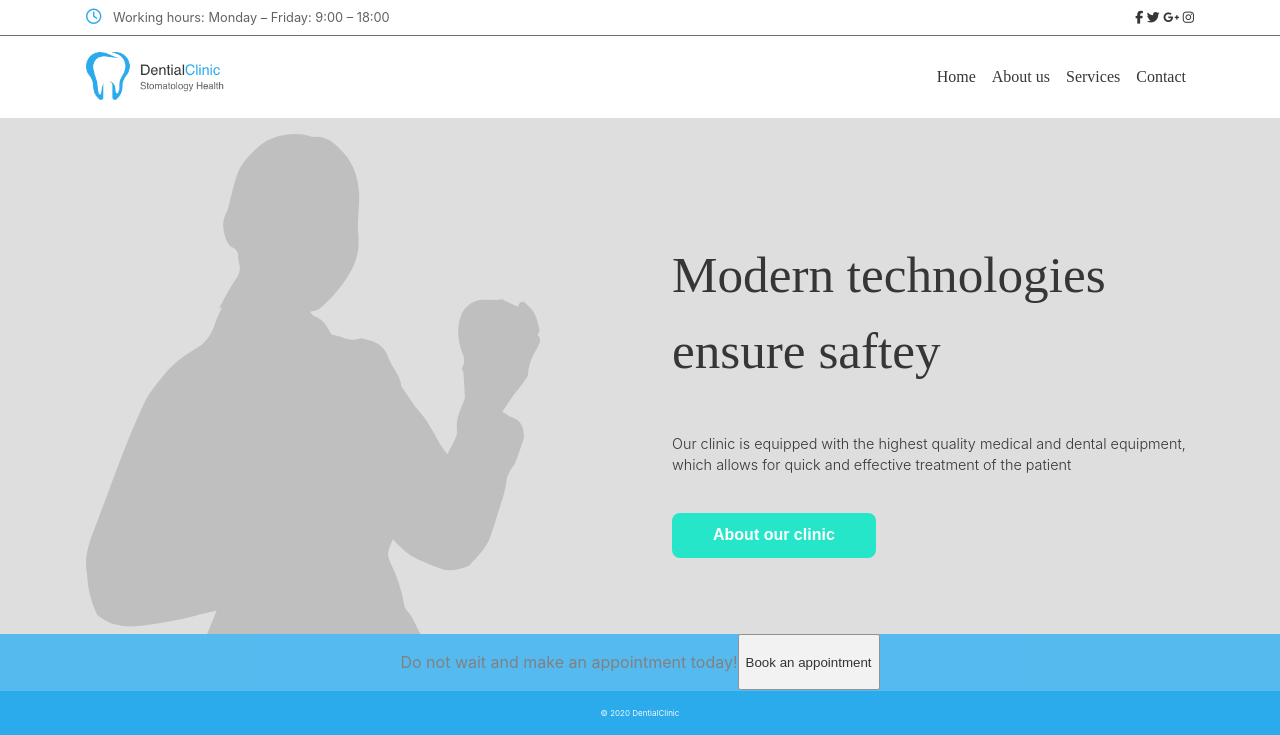
Repository: skepp4rn/uppgift1
Page: index.html
The author's editor kept a copy of each file at every save. The page is drawn from the files as they stood at one save, then again after the next save.
The browser window is 1280 px wide. The pictures show the whole page.
Some web libraries are served in a nearby version.

Above is the page before, as saved 2020-12-03 14:04:16.

### index.html
<!DOCTYPE html>
<html lang="en">
<head>
    <meta charset="UTF-8">
    <meta name="viewport" content="width=device-width, initial-scale=1.0">
    <title>Document</title>

    <script src="https://kit.fontawesome.com/0abbda2fd3.js" crossorigin="anonymous"></script>
    <link rel="stylesheet" href="style.css">
</head>
<body>

    <nav class="navbar-top collapse">
        <div class="container">
            <div class="hours">
                <i class="far fa-clock"></i>
                Working hours: Monday – Friday: 9:00 – 18:00
            </div>
            <div class="#">
                <a href="#"><i class="fab fa-facebook-f"></i></a>
                <a href="#"><i class="fab fa-twitter"></i></a>
                <a href="#"><i class="fab fa-google-plus-g"></i></a>
                <a href="#"><i class="fab fa-instagram"></i></a>
            </div>
        </div>
    </nav>

    <nav class="navbar ">
        <div class="container">
            <a class="navbar-brand" href="#" >
                <img src="images/Logo.png" alt="">
            </a>
            <button class="navbar-toggler">
                <i class="fas fa-bars"></i>
            </button>
            <div class="collapse navbar-collapse">
                <div class="navbar-nav">
                    <a class="nav-link" href="#">Home</a>
                    <a class="nav-link" href="#">About us</a>
                    <a class="nav-link" href="#">Services</a>
                    <a class="nav-link" href="#">Contact</a>
                </div>
            </div>
        </div>
    </nav>

    <section id="showcase" class="bg-gray">
        <div class="container">
            <img src="images/placehold-girl.svg" alt="">
            <div class="content-box">
                <div class="content">
                    <h1>Modern technologies ensure saftey</h1>
                    <p>Our clinic is equipped with the highest quality medical and dental equipment, which allows for quick and effective treatment of the patient</p>
                    <button class="btn btn-green">About our clinic</button>
                </div>
            </div>
        </div>
    </section>












   <div class="grid">
        <section id="appointment bg-gray">
            <div class="overlay d-flex justify-content-center">
                <p>Do not wait and make an appointment today!</p>
                <button>Book an appointment</button>
            </div>
        </section>
        <footer>© 2020 DentialClinic</footer>
    </div>

</body>
</html>

### style.css
* {
    box-sizing: border-box;
}

html, body {
    font-weight: 400;
    font-family: -apple-system, BlinkMacSystemFont, 'Segoe UI', Roboto, Oxygen, Ubuntu, Cantarell, 'Open Sans', 'Helvetica Neue', sans-serif;
    line-height: 1.5;
    font-size: 16px;
    margin: 0;
    padding: 0;
    color: #626262;
}

.border {
    border: 1px solid black;
}

a {
    color: #363636;
    text-decoration: none;
    background-color: transparent;
}

a:hover {
    color: #25E6C8;
}

.bg-dark {
   background: #333333;
   color: #ffffff;
}

.bg-light {
    background: #f7f7f7;
    color: #333333;
}

.bg-gray {
    background-color: #DEDEDE;

}



.btn {
    display: inline-block;
    font-weight: 400;
    text-align: center;
    vertical-align: middle;
    padding: 0.80rem 2.5rem;
    border-radius: 0.5rem;
    border: 1px solid transparent;
    background-color: transparent;
    font-size: 1rem;

}

.btn-green {
    color: #ffffff;
    background-color: #25E6C8;
    font-weight: bold;
    margin-top: 1.4rem;


}

.btn-green:hover {
    cursor: pointer;
    background-color: #2BAAEC;
}



.collapse:not(.show) {
    display: none;
}

.container {
    width: 100%;
    padding: 0 1rem;
    margin: 0 auto;
}

.navbar-top {
    border-bottom: 1px solid #707070;
}

.navbar, .navbar-top {
    display: flex;
    justify-content: space-between;
    padding: 0.5rem 1rem;
}

.navbar .container, .navbar-top .container {
    display: flex;
    justify-content: space-between;
    align-items: center;
}

.navbar-top .container {
    font-size: 0.8rem;
}

.navbar-top .container .hours {
    color:#626262;
}

.navbar-top .container .hours i {
    color: #2BAAEC;
    margin-right: 0.5rem;
    font-size: 1.2em;
}

.navbar-top .container .socialmedia a {
    margin: 0 0.5rem;

}

.navbar-brand {
    display: inline-block;
    font-size: 1.5rem;
    color: black;
    margin-right: 1rem;
}

.navbar-brand img {
    height: 3rem;
    margin-top: 0.5rem;
}


.navbar-toggler {
    font-size: 2.5rem;
    color:#2BAAEC;
    background-color: transparent;
    border: 1px solid transparent;
}

.navbar-collapse {
    align-items: center;
}

.navbar-nav {
    display: flex;
    flex-direction: column;
    font-family: 'Roboto Slab', serif;

}

.nav-link {
    padding: 0;
    text-decoration: none;
}



#showcase .container {
    display: grid;
    grid-template-columns: 1fr 1fr;
    column-gap: 4rem;

    align-items: center;
}

#showcase .container img {
    height: 500px;
    margin-top: 1rem;


}

#showcase .container .content-box {
    align-self: center;
    color: #363636;
    font-weight: 300;
}

.content-box .content h1 {
    font-size: 3.2rem;
    font-family: 'Roboto Slab', serif;
    font-weight: 300;

}

.content-box .content p {
    font-size: 0.9rem;
}




.d-flex {
    display: flex;
}

.justify-content-center {
    justify-content: center;
}

#appointment {
    background-color: #DEDEDE;
}

.overlay {
    opacity: 80%;
    background-color: #2BAAEC;
}



footer {
    border-top: 1px solid rgb(255, 255, 255, 0.2);
    background-color: #2BAAEC;
    color: #f3fbff;
    text-align: center;
    padding: 1rem 0rem;
    font-size: 0.5rem;



}










@media (min-width: 768px) {
    .nav-link {
        padding-right: 0.5rem;
        padding-left: 0.5rem;
    }

    .navbar-nav {
        flex-direction: row;
    }

    .navbar-toggler {
        display: none;
    }

    .collapse:not(.show) {
        display: flex;
    }

    .container {
        max-width: 720px;
    }

}

@media (min-width: 992px) {
    .container {
        max-width: 960px;
    }
}

@media (min-width: 1200px) {
    .container {
        max-width: 1140px;
    }
}

After the next save:
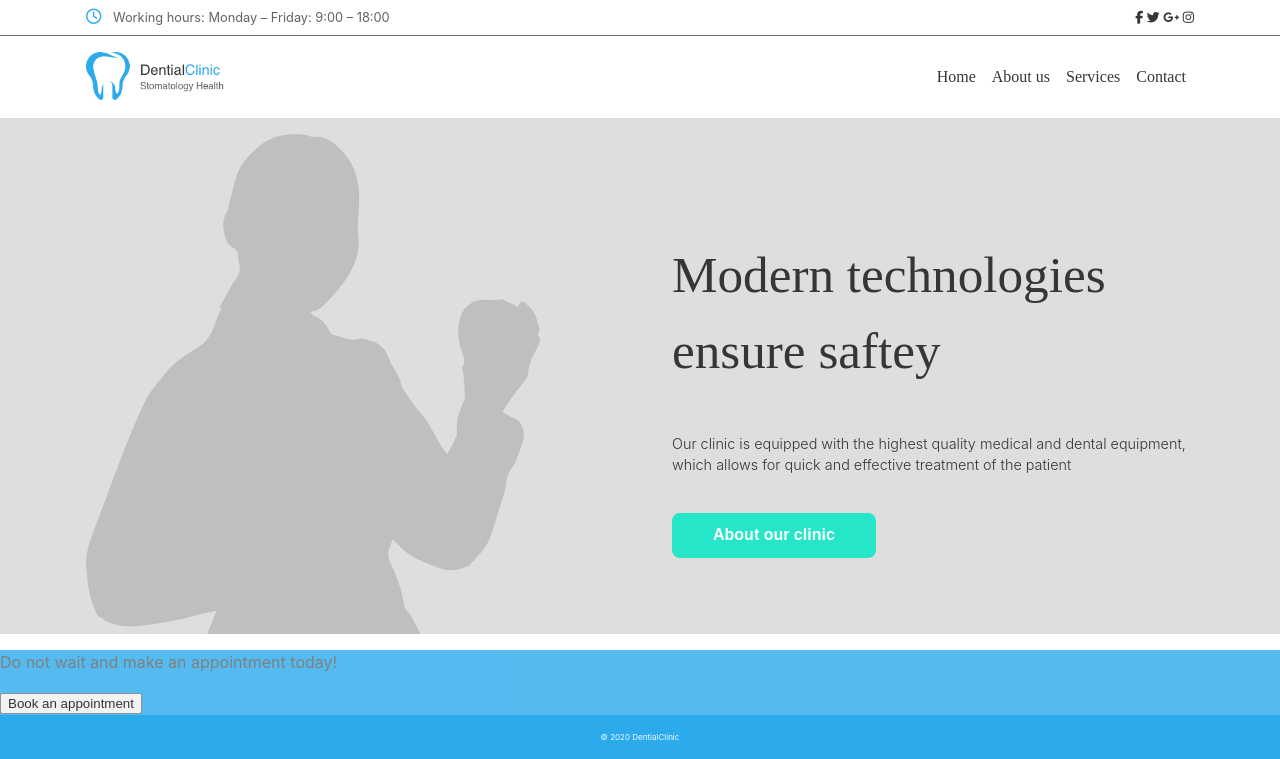
Saved 11 s later.
--- a/index.html
+++ b/index.html
@@ -70,7 +70,7 @@
 
    <div class="grid">
         <section id="appointment bg-gray">
-            <div class="overlay d-flex justify-content-center">
+            <div class="bg-blue overlay">
                 <p>Do not wait and make an appointment today!</p>
                 <button>Book an appointment</button>
             </div>
